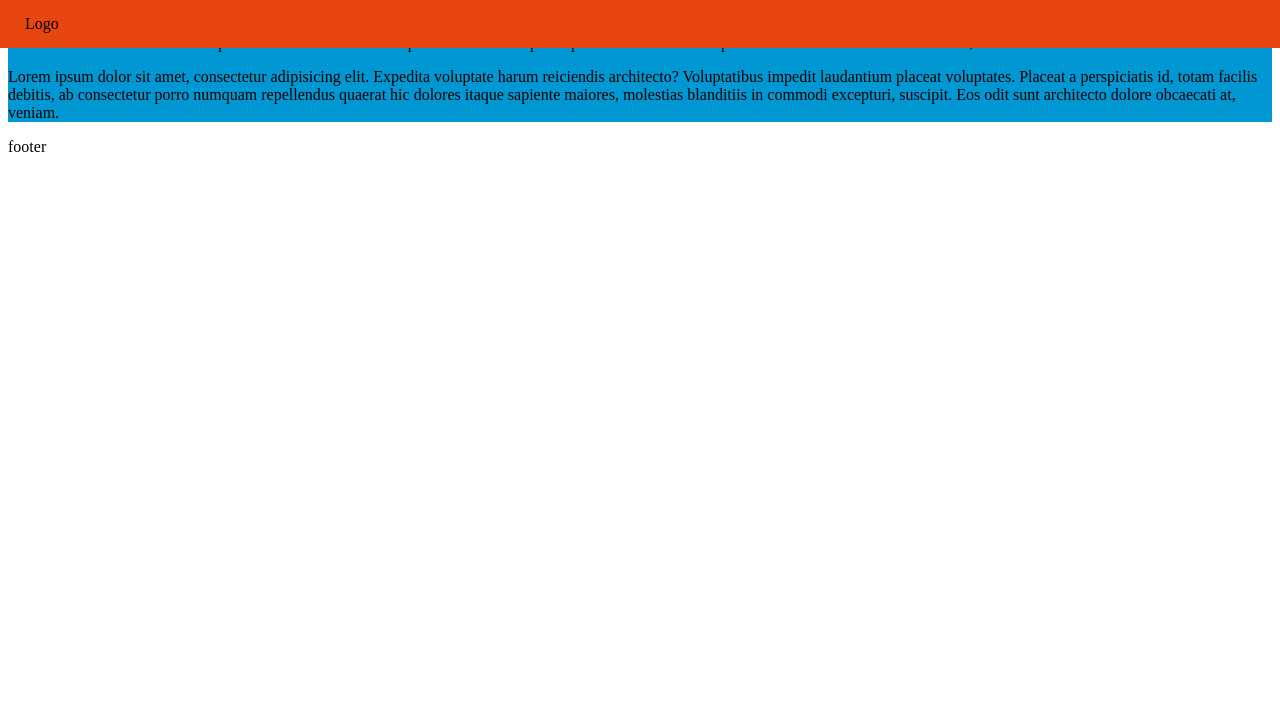
Repository: Matt-F90/mini-project
Page: index.html
The author's editor kept a record of every edit. The page is drawn from the files as they stood at one moment, then again after the next edit.
The browser window is 1280 px wide. The pictures show the whole page.

Above is the page before.

After the next edit:
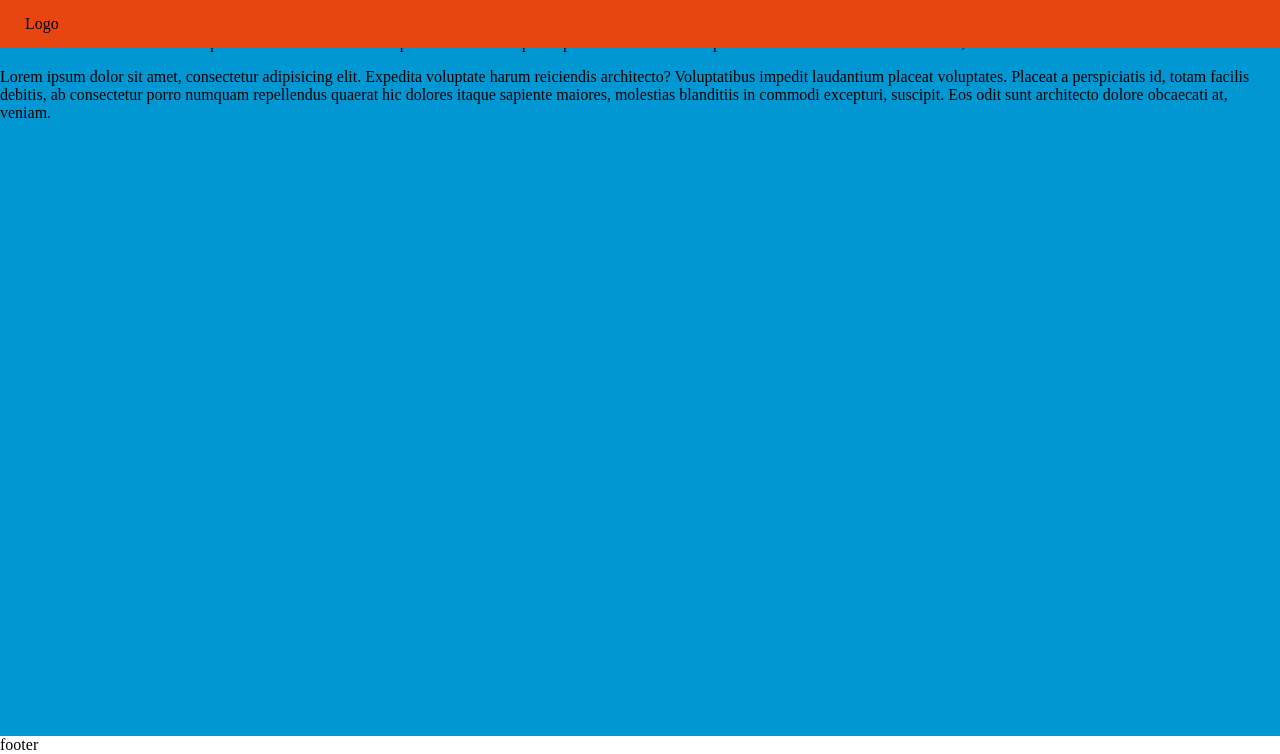
The edit:
--- a/main.css
+++ b/main.css
@@ -1,4 +1,4 @@
-.body, html {
+body, html {
     height:100%;
     margin: 0;
 }
